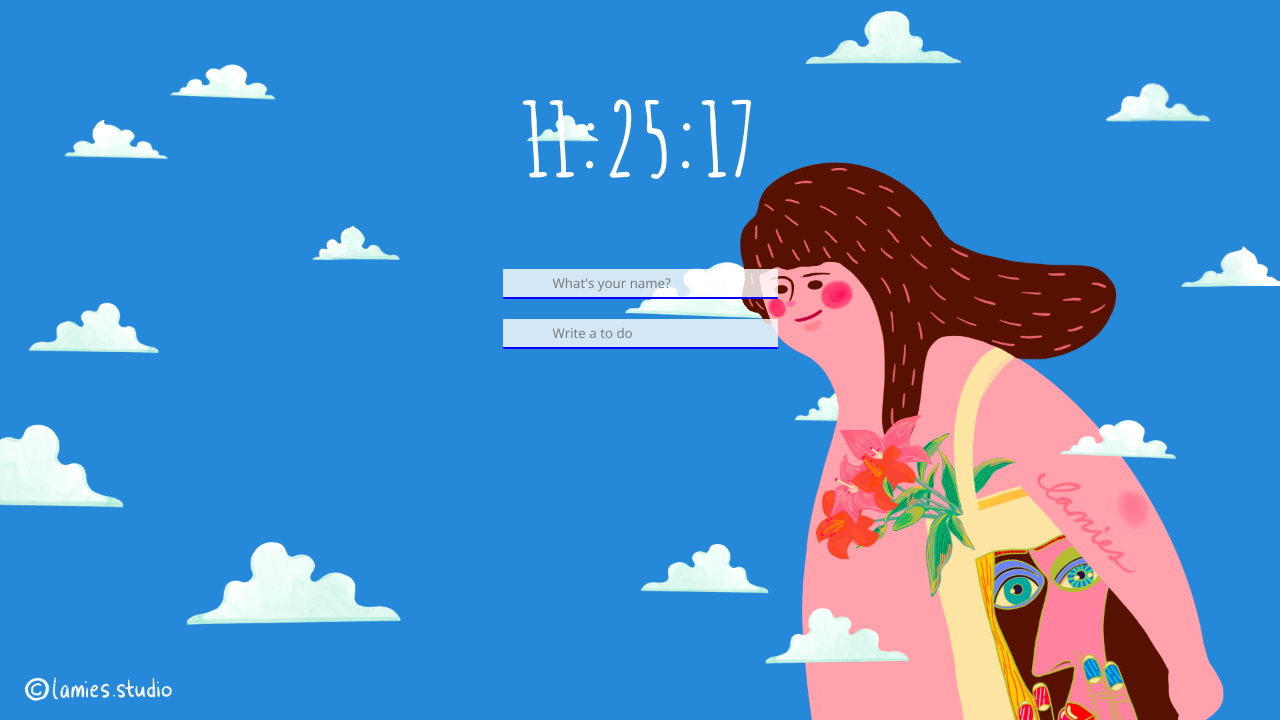
Repository: haleyjung/chrome_app
Page: index.html
These files come from the project's save history. The page is drawn as it stood at one moment and after the next save; the edit follows.
The browser window is 1280 px wide. The pictures show the whole page.

Above is the page before, as saved 2020-11-23 15:31:19.

### index.html
<!DOCTYPE html>
<html lang="en">
<head>
    <meta charset="UTF-8" />
    <meta name="viewport" content="width=device-width, initial-scale=1.0">
    <title>Chrome App</title>
    <link rel="stylesheet" href="index.css">
</head>
<body>

    <div class="js-clock">
        <h1>00:00</h1>
    </div>

    <div class="js-name name"></div>

    <div>
        <form class="js-form form">
            <input type="text" placeholder="What's your name?" />
        </form>
    </div>

    <h4 class="js-greetings greetings"></h4>

    <form class="js-toDoForm">
        <input type="text" placeholder="Write a to do" />
    </form>
    <ul class="js-toDoList">
    </ul>
    <span class="js-weather"></span>

    <script src="js/clock.js"></script>
    <script src="js/greeting.js"></script>
    <script src="js/todo.js"></script>
    <script src="js/bg.js"></script>
    <script src="js/weather.js"></script>
</body>

### index.css
@import url("https://fonts.googleapis.com/css2?family=Amatic+SC:wght@400;700&family=Open+Sans&display=swap");

body {
  background-color: palevioletred;
  color: white;
  display: flex;
  flex-direction: column;
  justify-content: center;
  align-items: center;
  font-family: "Amatic SC", cursive;
  font-weight: 700;
}

.js-clock {
  display: flex;
  justify-content: center;
  align-items: center;
  font-size: 50px;
}

.js-form,
.js-toDoForm {
  background-color: none;
}

.btn {
  cursor: pointer;
}

input {
  border: none;
  outline: none;
  border-bottom: 2px solid blue;
  margin-bottom: 20px;
  background-color: rgba(255, 255, 255, 0.8);
  padding: 5px 50px;
  font-family: "Open Sans", sans-serif;
}

.form,
.greetings {
  display: none;
}

.showing {
  display: block;
}

@keyframes fadeIn {
  from {
    opacity: 0;
  }
  to {
    opacity: 1;
  }
}

.bgImage {
  position: absolute;
  top: 0;
  left: 0;
  width: 100%;
  height: 100%;
  z-index: -1;
  animation: fadeIn 0.5s linear;
}

### js/clock.js
const clockContainer = document.querySelector(".js-clock"),
    clockTitle = clockContainer.querySelector("h1");

function getTime() {
    const date = new Date();
    const minutes = date.getMinutes();
    const hours = date.getHours();
    const seconds = date.getSeconds();
    clockTitle.innerText = `${hours < 10 ? `0${hours}` : hours}:${
        minutes < 10 ? `0${minutes}` : minutes
    }:${seconds < 10 ? `0${seconds}` : seconds}`;
}

function init() {
    getTime();
    setInterval(getTime, 1000);
}

init();

### js/greeting.js
const nameContainer = document.querySelector(".js-name");

function paintName(name) {
    nameContainer.innerHTML = "";
    const title = document.createElement("span");
    title.className = "name__text";
    title.innerHTML = `Hello ${name}`;
    nameContainer.appendChild(title);
}

function handleSubmit(event) {
    event.preventDefault();
    const form = event.target;
    const input = form.querySelector("input");
    const value = input.value;
    localStorage.setItem("username", value);
    paintName(value);
}

function paintInput() {
    const input = document.createElement("input");
  input.placeholder = "What's your name?";
  input.type = "text";
  input.className = "name__input";
  const form = document.createElement("form");
  form.addEventListener("submit", handleSubmit);
  form.appendChild(input);
  nameContainer.appendChild(form);
}

function loadName(){
    const name = localStorage.getItem("username");
  if (name === null) {
    paintInput();
  } else {
    paintName(name);
  }
}

function init() {
    loadName();
}

init();

### js/todo.js
const toDoForm = document.querySelector(".js-toDoForm"),
    toDoInput = toDoForm.querySelector("input"),
    toDoList = document.querySelector(".js-toDoList");

const TODOS_LS = 'toDos';

let toDos = [];

function deleteToDo(event){
    const btn = event.target;
    const li = btn.parentNode;
    toDoList.removeChild(li);
    const cleanToDos = toDos.filter(function(toDo){
        return toDo.id !== parseInt(li.id);
    });
    toDos = cleanToDos
    saveToDos();
}

function saveToDos(){
    localStorage.setItem(TODOS_LS, JSON.stringify(toDos));
}

function paintToDo(text){
    const li = document.createElement("li");
    const delBtn = document.createElement("button");
    const span = document.createElement("span");
    const newId = toDos.length + 1;
    delBtn.innerText = "❌";
    delBtn.addEventListener("click", deleteToDo);
    span.innerText = text;
    li.appendChild(delBtn);
    li.appendChild(span);
    li.id = newId;
    toDoList.appendChild(li);
    const toDoObj = {
        text: text,
        id: newId
    };
    toDos.push(toDoObj);
    saveToDos();
}

function handleSubmit(event){
    event.preventDefault();
    const currentValue = toDoInput.value;
    paintToDo(currentValue);
    toDoInput.value = "";
}

function loadToDos() {
    const loadedToDos = localStorage.getItem(TODOS_LS);
    if(loadedToDos !== null){
        const parsedToDos = JSON.parse(loadedToDos);
        parsedToDos.forEach(function(toDo){
            paintToDo(toDo.text);
        });
    }
}

function init() {
    loadToDos();
    toDoForm.addEventListener("submit", handleSubmit)
}

init();

### js/bg.js
const body = document.querySelector("body");

const IMG_NUMBER = 4;

// If loading images from API, include the functions in these comments:
// function handleImgLoad(){
//     console.log('finished loading');
// }

function paintImage(imgNumber){
    const image = new Image();
    image.src = `/img/lamiesstudio-${imgNumber + 1}.png`;
    image.classList.add('bgImage');
    body.prepend(image);
    // image.addEventListener("loadend", handleImgLoad);
}

function genRandom(){
    const number = Math.floor(Math.random() * IMG_NUMBER);
    return number;
}

function init(){
    const randomNumber = genRandom();
    paintImage(randomNumber)
}

init();

### js/weather.js
const weather = document.querySelector(".js-weather");

const API_KEY = "1706261ffc689a5d0ffe73f0d2f8a925";
const COORDS = "coords";

function getWeather(lat, lng){
    fetch(`https://api.openweathermap.org/data/2.5/weather?lat=${lat}&lon=${lng}&appid=${API_KEY}&units=metric`
    ).then(function(response){
        return response.json();
    })
        .then(function(json){
        const temperature = json.main.temp;
        const place = json.name;
        weather.innerText = `${temperature} @ ${place}`;
    });
}

function saveCoords(coordsObj){
    localStorage.setItem(COORDS, JSON.stringify(coordsObj));
}

function handleGeoSuccess(position){
    const latitude = position.coords.latitude;
    const longitude = position.coords.longitude;
    const coordsObj = {
        latitude,
        longitude
    };
    saveCoords(coordsObj);
    getWeather(latitude, longitude);
}

function handleGeoError(){
    console.log('Cant access geo location');
}

function askForCoords(){
    navigator.geolocation.getCurrentPosition(handleGeoSuccess, handleGeoError);
}

function loadCoords(){
    const loadedCoords = localStorage.getItem(COORDS);
    if(loadedCoords === null){
        askForCoords();
    } else {
        const parsedCoords = JSON.parse(loadedCoords);
        getWeather(parsedCoords.latitude, parsedCoords.longitude);
    }
}

function init(){
    loadCoords();
}

init();

After the next save:
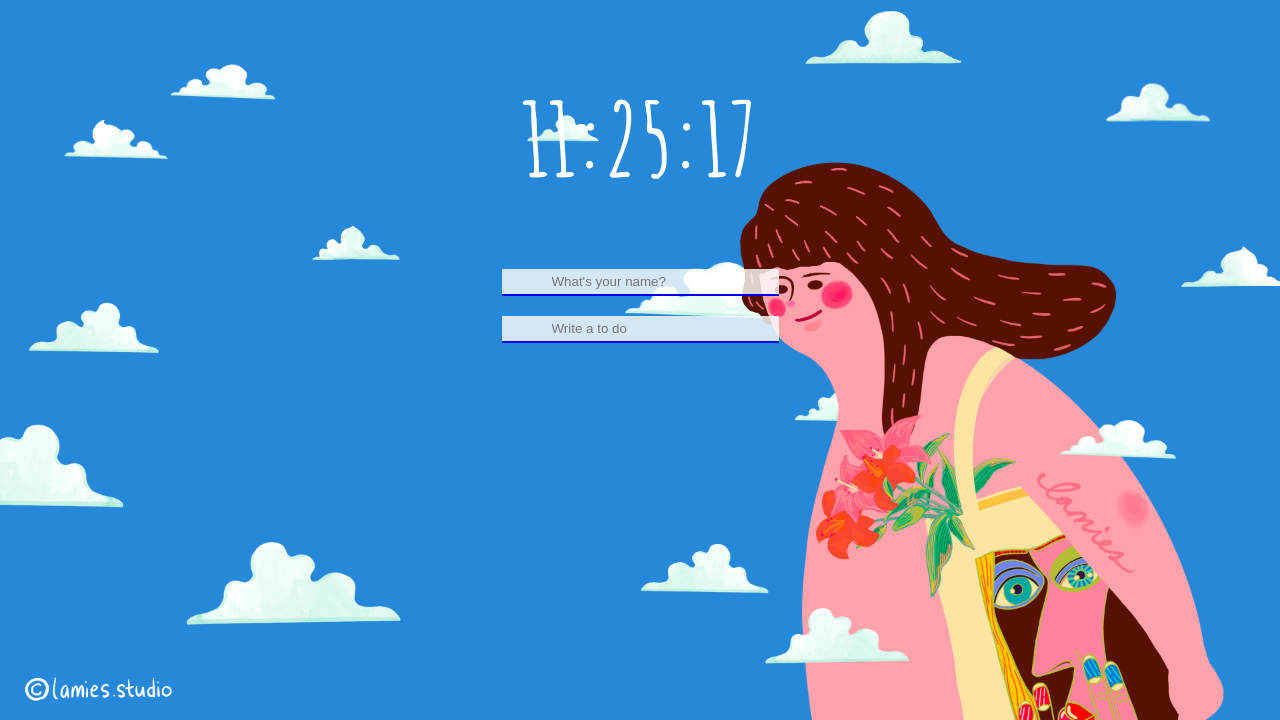
Saved 9 s later.
--- a/index.css
+++ b/index.css
@@ -34,7 +34,6 @@ input {
   margin-bottom: 20px;
   background-color: rgba(255, 255, 255, 0.8);
   padding: 5px 50px;
-  font-family: "Open Sans", sans-serif;
 }
 
 .form,
